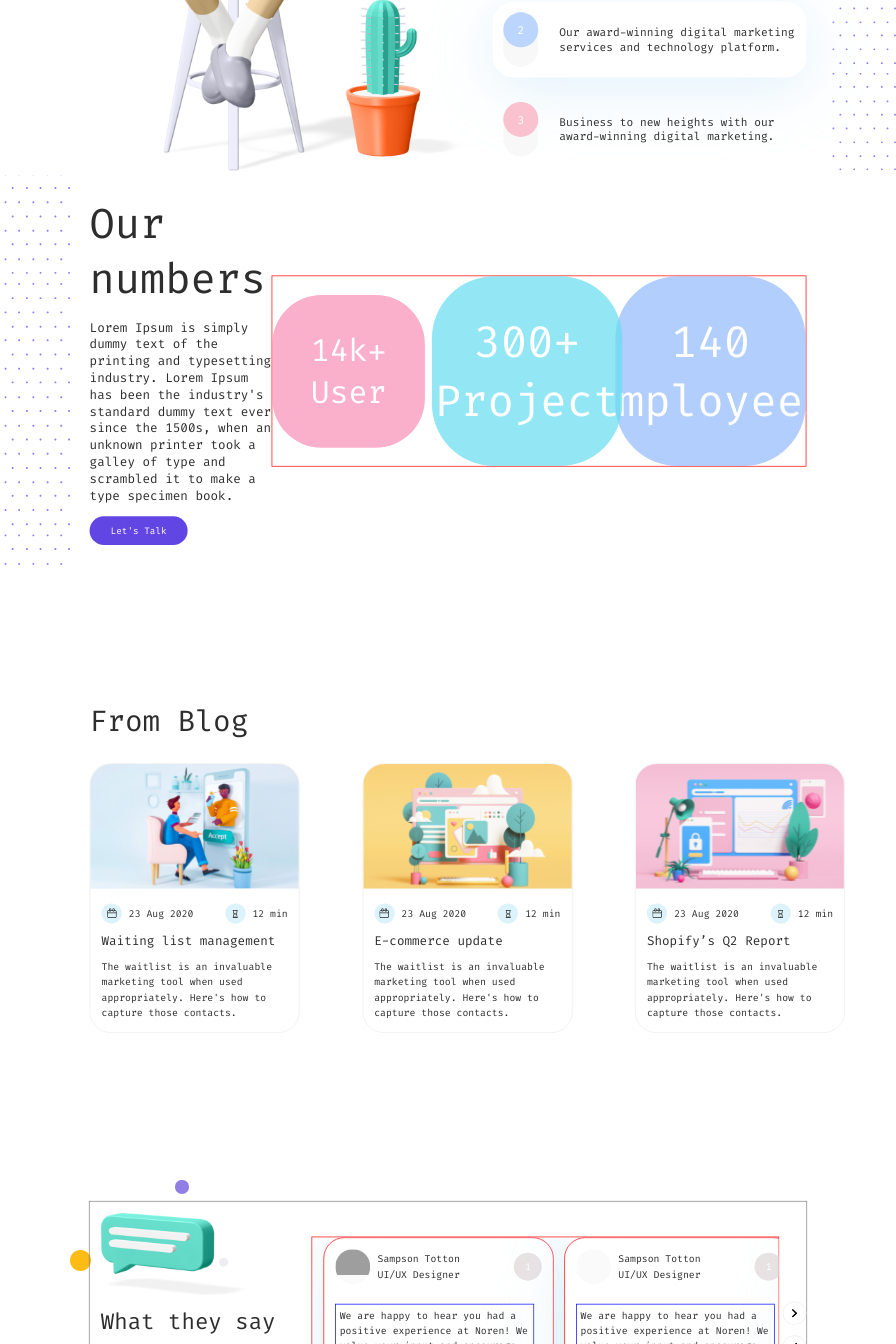
Repository: devdahcoder/noren
Page: index.html
The author's editor kept a copy of each file at every save. The page is drawn from the files as they stood at one save, then again after the next save.
The browser window is 1280 px wide. The pictures show the part of the page from y = 1901 to 3821 px (the page is 4715 px tall before and 4739 px after), at 70% of full size.
Pictures or frames that could not be fetched are drawn as grey boxes. The style sheet was rebuilt from its Sass, Less or Tailwind sources for each picture, by a compiler version that may differ from the author's.

Above is the page before, as saved 2020-12-23 12:56:14.

After the next save:
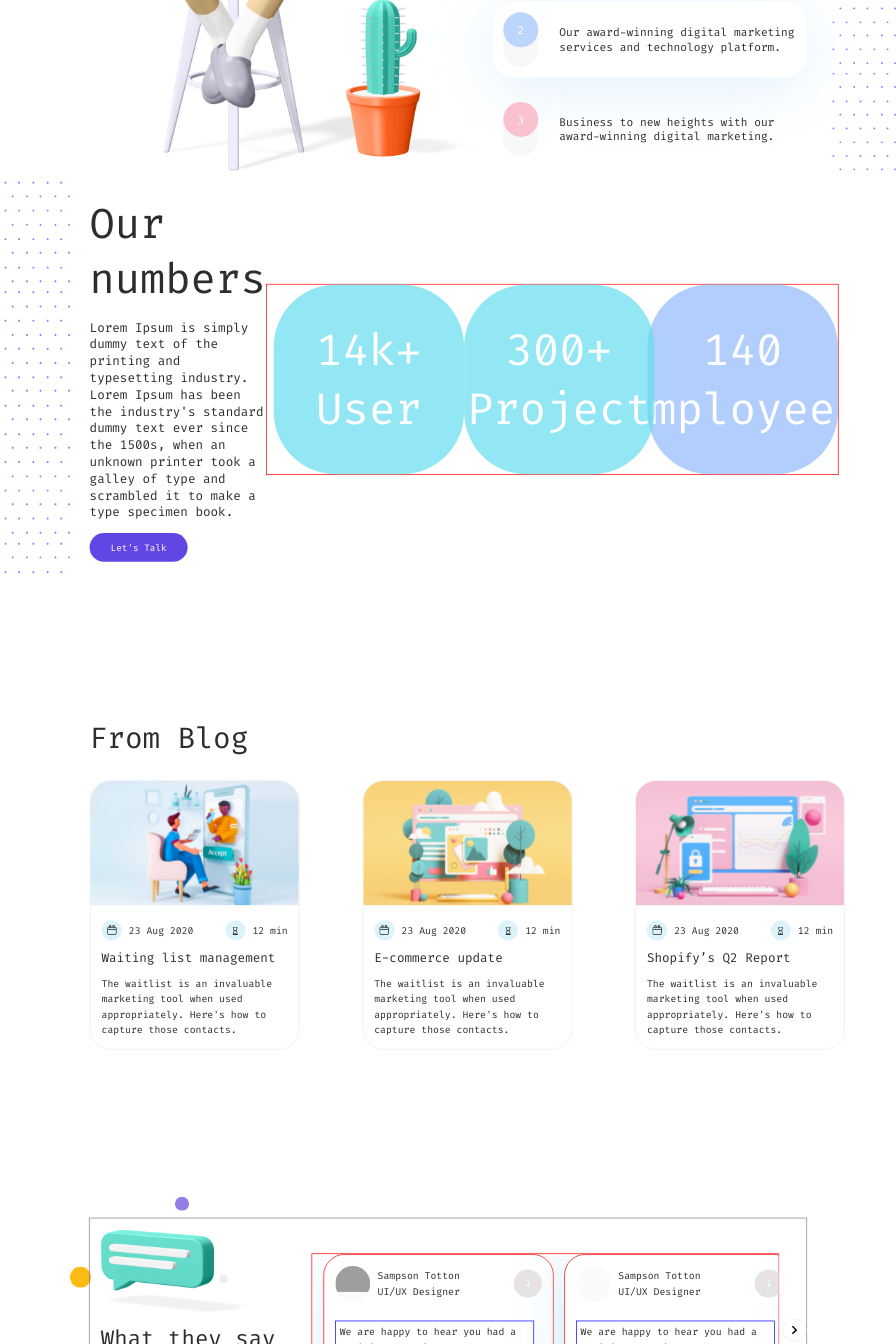
Saved 23 s later.
--- a/index.html
+++ b/index.html
@@ -190,7 +190,7 @@
                 <button class="number-btn">Let's Talk</button>
             </div>
             <div class="company-number-num">
-                <div class="company-numbers middle">
+                <div class="company-numbers top">
                     <p>14k+ User</p>
                 </div>
 
